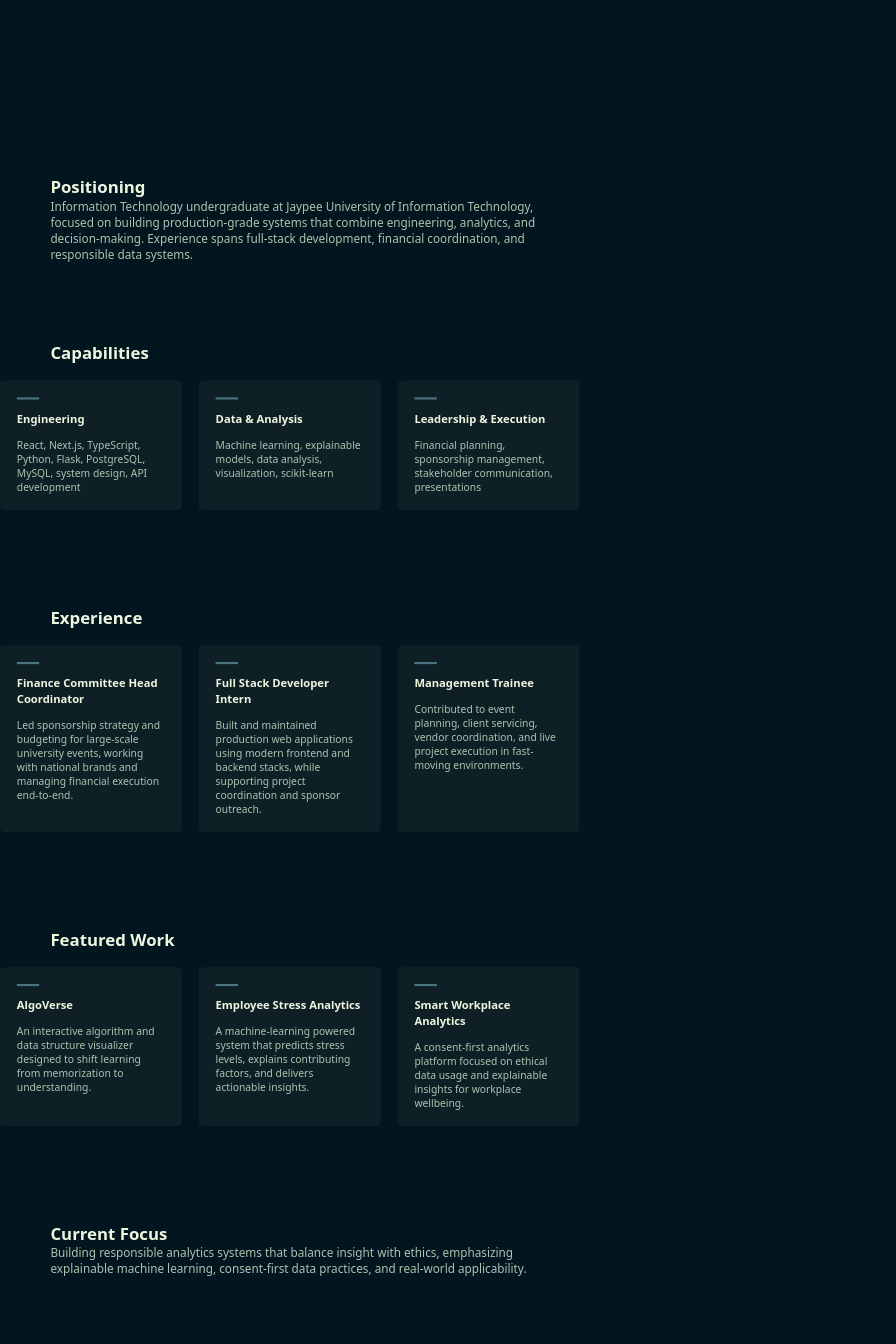
Repository: PratapOP/main-portfolio
Page: / (app in frontend/)
An editor plug-in stored every save of this project. The page is shown before and after a run of saves, followed by the edit.
The browser window is 1280 px wide. The pictures show the part of the page from y = 474 to 2394 px (the page is 3099 px tall before and 3543 px after), at 70% of full size.
The project was rebuilt for these pictures with package versions that can differ from the ones it lists, and the page was loaded fresh each time. Also part of the build but not shown: frontend/vite.config.js.

Above is the page before, as saved 2026-01-01 18:33:21.

### frontend/index.html
<!DOCTYPE html>
<html lang="en">
  <head>
    <meta charset="UTF-8" />

    <!-- Viewport for responsive layout -->
    <meta name="viewport" content="width=device-width, initial-scale=1.0" />

    <!--
      Title intentionally minimal and authoritative.
      This is the first identity signal recruiters see.
    -->
    <title>Abhiuday Pratap Singh</title>

    <!--
      Force dark background before React loads
      Prevents white flash and preserves cinematic feel
    -->
    <style>
      html,
      body {
        margin: 0;
        padding: 0;
        background-color: #0b0b0b;
      }
    </style>
  </head>

  <body>
    <!-- React mounts here -->
    <div id="root"></div>

    <!-- React entry point -->
    <script type="module" src="/src/main.jsx"></script>
  </body>
</html>

### frontend/src/App.jsx
import React, { useEffect } from "react";
import "./styles.css";
import {
  HeroSection,
  AboutSection,
  SkillsSection,
  ExperienceSection,
  ProjectsSection,
  TrendingSection,
  WhyHireMeSection,
  ContactSection
} from "./sections";

function App() {
  useEffect(() => {
    document.documentElement.style.scrollBehavior = "smooth";
  }, []);

  return (
    <div className="app-root">
      <HeroSection />
      <AboutSection />
      <SkillsSection />
      <ExperienceSection />
      <ProjectsSection />
      <TrendingSection />
      <WhyHireMeSection />
      <ContactSection />
    </div>
  );
}

export default App;

### frontend/src/styles.css
    /* ============================================================
    GLOBAL RESET & COLOR SYSTEM (PALETTE-DRIVEN)
    ============================================================ */

    * {
    margin: 0;
    padding: 0;
    box-sizing: border-box;
    }

    /* ---- Color Palette Roles ---- */
    :root {
    --bg-primary: #01161E;     /* Ink Black */
    --bg-secondary: #124559;   /* Dark Teal */
    --bg-card: #0f1f26;

    --accent: #598392;         /* Air Force Blue */
    --text-primary: #EFF6E0;   /* Beige */
    --text-muted: #AEC3B0;     /* Ash Grey */

    /* Spacing scale */
    --xs: 8px;
    --sm: 16px;
    --md: 24px;
    --lg: 40px;
    --xl: 72px;
    --xxl: 120px;
    }

    html,
    body {
    background-color: var(--bg-primary);
    color: var(--text-primary);
    font-family: system-ui, -apple-system, BlinkMacSystemFont,
        "Segoe UI", Roboto, Helvetica, Arial, sans-serif;

    /* 🔑 Prevent accidental horizontal scroll */
    overflow-x: hidden;
    }

    /* ============================================================
    APP ROOT
    ============================================================ */

    .app-root {
    width: 100%;
    overflow-x: hidden; /* Fixes double-scroll issue */
    }

    /* ============================================================
    HERO (FEATURED BANNER)
    ============================================================ */

    .hero {
    min-height: 95vh;
    display: flex;
    align-items: center;
    background: linear-gradient(
        to top,
        rgba(1, 22, 30, 1) 0%,
        rgba(1, 22, 30, 0.85) 40%,
        rgba(1, 22, 30, 0.5) 70%,
        rgba(1, 22, 30, 0) 100%
    );
    }

    .hero-inner {
    padding-left: var(--xl);
    max-width: 900px;
    }

    .hero-title {
    font-size: clamp(3.5rem, 6vw, 5.2rem);
    font-weight: 800;
    letter-spacing: -0.03em;
    margin-bottom: var(--md);
    }

    .hero-subtitle {
    font-size: 1.15rem;
    color: var(--text-muted);
    max-width: 620px;
    }

    /* ============================================================
    SECTION STRUCTURE
    ============================================================ */

    .section {
    padding: var(--lg) 0 var(--xl);
    }

    .section-inner {
    padding-left: var(--xl);
    }

    /* Narrative text */
    .section-text {
    max-width: 720px;
    color: var(--text-muted);
    font-size: 1.05rem;
    }

    /* ============================================================
    STREAMING ROWS (HORIZONTAL SCROLL)
    ============================================================ */

    .row {
    display: flex;
    gap: var(--md);
    overflow-x: auto;
    padding: var(--md) var(--xl) var(--md) 0;

    scroll-snap-type: x mandatory;
    overscroll-behavior-x: contain; /* prevents body scroll hijack */
    }

    .row::-webkit-scrollbar {
    display: none;
    }

    /* ============================================================
    CARDS (CONTENT TILES)
    ============================================================ */

    .card {
    background-color: var(--bg-card);
    min-width: 260px;
    max-width: 260px;
    padding: var(--md);
    border-radius: 6px;

    scroll-snap-align: start;

    transition:
        transform 0.3s ease,
        box-shadow 0.3s ease,
        border-color 0.3s ease;
    }

    /* Accent indicator (subtle but visible) */
    .card::before {
    content: "";
    display: block;
    height: 3px;
    width: 32px;
    background-color: var(--accent);
    margin-bottom: var(--sm);
    opacity: 0.85;
    }

    .card h3 {
    font-size: 1rem;
    font-weight: 600;
    margin-bottom: var(--sm);
    }

    .card p {
    font-size: 0.92rem;
    color: var(--text-muted);
    }

    /* Hover — controlled, no layout break */
    .card:hover {
    transform: translateY(-6px);
    box-shadow: 0 18px 40px rgba(0, 0, 0, 0.55);
    }

    /* ============================================================
    CONTACT SECTION
    ============================================================ */

    .contact {
    padding-bottom: var(--xxl);
    }

    .contact-form {
    max-width: 520px;
    display: flex;
    flex-direction: column;
    gap: var(--md);
    }

    .contact-form input,
    .contact-form textarea {
    background-color: var(--bg-secondary);
    border: 1px solid transparent;
    color: var(--text-primary);
    padding: var(--sm);
    font-size: 0.95rem;
    }

    .contact-form input:focus,
    .contact-form textarea:focus {
    outline: none;
    border-color: var(--accent);
    }

    .contact-form button {
    margin-top: var(--sm);
    background-color: var(--accent);
    color: #01161E;
    border: none;
    padding: var(--sm);
    font-size: 0.95rem;
    cursor: pointer;
    transition: opacity 0.25s ease;
    }

    .contact-form button:hover {
    opacity: 0.85;
    }

    /* Feedback */
    .form-feedback.success {
    color: #9fe2c5;
    }

    .form-feedback.error {
    color: #e2a5a5;
    }

### frontend/src/sections.jsx
    /**
     * ============================================================
     * sections.jsx — Sections with Titles & Hierarchy
     * ============================================================
     */

    import React from "react";
    import { motion } from "framer-motion";
    import {
    sectionFade,
    staggerContainer,
    cardFade
    } from "./motion";

    /* ============================================================
    FEATURED
    ============================================================ */

    export function HeroSection() {
    return (
        <motion.section
        className="section hero"
        variants={sectionFade}
        initial="hidden"
        animate="visible"
        >
        <div className="hero-inner">
            <h1 className="hero-title">Abhiuday Pratap Singh</h1>
            <p className="hero-subtitle">
            Building full-stack systems where data, responsibility,
            and real-world impact intersect.
            </p>
        </div>
        </motion.section>
    );
    }

    /* ============================================================
    POSITIONING
    ============================================================ */

    export function AboutSection() {
    return (
        <motion.section
        className="section"
        variants={sectionFade}
        initial="hidden"
        whileInView="visible"
        viewport={{ once: true }}
        >
        <div className="section-inner">
            <h2 className="section-title">Positioning</h2>
            <p className="section-text">
            Information Technology undergraduate at Jaypee University
            of Information Technology, focused on building production-grade
            systems that combine engineering, analytics, and decision-making.
            Experience spans full-stack development, financial coordination,
            and responsible data systems.
            </p>
        </div>
        </motion.section>
    );
    }

    /* ============================================================
    CAPABILITIES
    ============================================================ */

    export function SkillsSection() {
    const skills = [
        {
        title: "Engineering",
        text:
            "React, Next.js, TypeScript, Python, Flask, PostgreSQL, MySQL, system design, API development"
        },
        {
        title: "Data & Analysis",
        text:
            "Machine learning, explainable models, data analysis, visualization, scikit-learn"
        },
        {
        title: "Leadership & Execution",
        text:
            "Financial planning, sponsorship management, stakeholder communication, presentations"
        }
    ];

    return (
        <motion.section
        className="section"
        variants={sectionFade}
        initial="hidden"
        whileInView="visible"
        viewport={{ once: true }}
        >
        <div className="section-inner">
            <h2 className="section-title">Capabilities</h2>
        </div>

        <motion.div
            className="row"
            variants={staggerContainer}
            initial="hidden"
            whileInView="visible"
            viewport={{ once: true }}
        >
            {skills.map((item, index) => (
            <motion.div className="card" variants={cardFade} key={index}>
                <h3>{item.title}</h3>
                <p>{item.text}</p>
            </motion.div>
            ))}
        </motion.div>
        </motion.section>
    );
    }

    /* ============================================================
    EXPERIENCE
    ============================================================ */

    export function ExperienceSection() {
    const roles = [
        {
        title: "Finance Committee Head Coordinator",
        text:
            "Led sponsorship strategy and budgeting for large-scale university events, working with national brands and managing financial execution end-to-end."
        },
        {
        title: "Full Stack Developer Intern",
        text:
            "Built and maintained production web applications using modern frontend and backend stacks, while supporting project coordination and sponsor outreach."
        },
        {
        title: "Management Trainee",
        text:
            "Contributed to event planning, client servicing, vendor coordination, and live project execution in fast-moving environments."
        }
    ];

    return (
        <motion.section
        className="section"
        variants={sectionFade}
        initial="hidden"
        whileInView="visible"
        viewport={{ once: true }}
        >
        <div className="section-inner">
            <h2 className="section-title">Experience</h2>
        </div>

        <motion.div
            className="row"
            variants={staggerContainer}
            initial="hidden"
            whileInView="visible"
            viewport={{ once: true }}
        >
            {roles.map((item, index) => (
            <motion.div className="card" variants={cardFade} key={index}>
                <h3>{item.title}</h3>
                <p>{item.text}</p>
            </motion.div>
            ))}
        </motion.div>
        </motion.section>
    );
    }

    /* ============================================================
    PROJECTS
    ============================================================ */

    export function ProjectsSection() {
    const projects = [
        {
        title: "AlgoVerse",
        text:
            "An interactive algorithm and data structure visualizer designed to shift learning from memorization to understanding."
        },
        {
        title: "Employee Stress Analytics",
        text:
            "A machine-learning powered system that predicts stress levels, explains contributing factors, and delivers actionable insights."
        },
        {
        title: "Smart Workplace Analytics",
        text:
            "A consent-first analytics platform focused on ethical data usage and explainable insights for workplace wellbeing."
        }
    ];

    return (
        <motion.section
        className="section"
        variants={sectionFade}
        initial="hidden"
        whileInView="visible"
        viewport={{ once: true }}
        >
        <div className="section-inner">
            <h2 className="section-title">Featured Work</h2>
        </div>

        <motion.div
            className="row"
            variants={staggerContainer}
            initial="hidden"
            whileInView="visible"
            viewport={{ once: true }}
        >
            {projects.map((item, index) => (
            <motion.div className="card" variants={cardFade} key={index}>
                <h3>{item.title}</h3>
                <p>{item.text}</p>
            </motion.div>
            ))}
        </motion.div>
        </motion.section>
    );
    }

    /* ============================================================
    CURRENT FOCUS
    ============================================================ */

    export function TrendingSection() {
    return (
        <motion.section
        className="section"
        variants={sectionFade}
        initial="hidden"
        whileInView="visible"
        viewport={{ once: true }}
        >
        <div className="section-inner">
            <h2 className="section-title">Current Focus</h2>
            <p className="section-text">
            Building responsible analytics systems that balance insight with ethics,
            emphasizing explainable machine learning, consent-first data practices,
            and real-world applicability.
            </p>
        </div>
        </motion.section>
    );
    }

    /* ============================================================
    WHY THIS PROFILE
    ============================================================ */

    export function WhyHireMeSection() {
    return (
        <motion.section
        className="section"
        variants={sectionFade}
        initial="hidden"
        whileInView="visible"
        viewport={{ once: true }}
        >
        <div className="section-inner">
            <h2 className="section-title">Why This Profile</h2>
            <p className="section-text">
            I approach systems as products, not demos. My work prioritizes clarity,
            responsibility, and scalability, with the ability to own ideas from
            concept through deployment.
            </p>
        </div>
        </motion.section>
    );
    }

    /* ============================================================
    CONTACT
    ============================================================ */

    export function ContactSection() {
    return (
        <motion.section
        className="section contact"
        variants={sectionFade}
        initial="hidden"
        whileInView="visible"
        viewport={{ once: true }}
        >
        <div className="section-inner">
            <h2 className="section-title">Get in Touch</h2>
            <form className="contact-form">
            <input type="text" placeholder="Name" />
            <input type="email" placeholder="Email" />
            <textarea placeholder="Message" rows="4" />
            <button type="submit">Send</button>
            </form>
        </div>
        </motion.section>
    );
    }

### frontend/src/motion.js
    /**
     * ============================================================
     * motion.js — Centralized Motion Presets
     * ============================================================
     *
     * Responsibilities:
     * - Define reusable animation variants
     * - Keep motion subtle, slow, and cinematic
     * - Avoid per-component animation duplication
     *
     * Framer Motion is used intentionally and sparingly.
     * ============================================================
     */

    /* ============================================================
    Section Fade-In (used when section enters viewport)
    ============================================================ */

    export const sectionFade = {
    hidden: {
        opacity: 0,
        y: 40
    },
    visible: {
        opacity: 1,
        y: 0,
        transition: {
        duration: 0.8,
        ease: [0.22, 1, 0.36, 1] // smooth, cinematic easing
        }
    }
    };

    /* ============================================================
    Card Stagger Container
    ============================================================ */

    export const staggerContainer = {
    hidden: {},
    visible: {
        transition: {
        staggerChildren: 0.12
        }
    }
    };

    /* ============================================================
    Individual Card Animation
    ============================================================ */

    export const cardFade = {
    hidden: {
        opacity: 0,
        y: 20
    },
    visible: {
        opacity: 1,
        y: 0,
        transition: {
        duration: 0.6,
        ease: [0.22, 1, 0.36, 1]
        }
    }
    };

Loaded but not shown: frontend/src/main.jsx (common file)

After the next 2 saves:
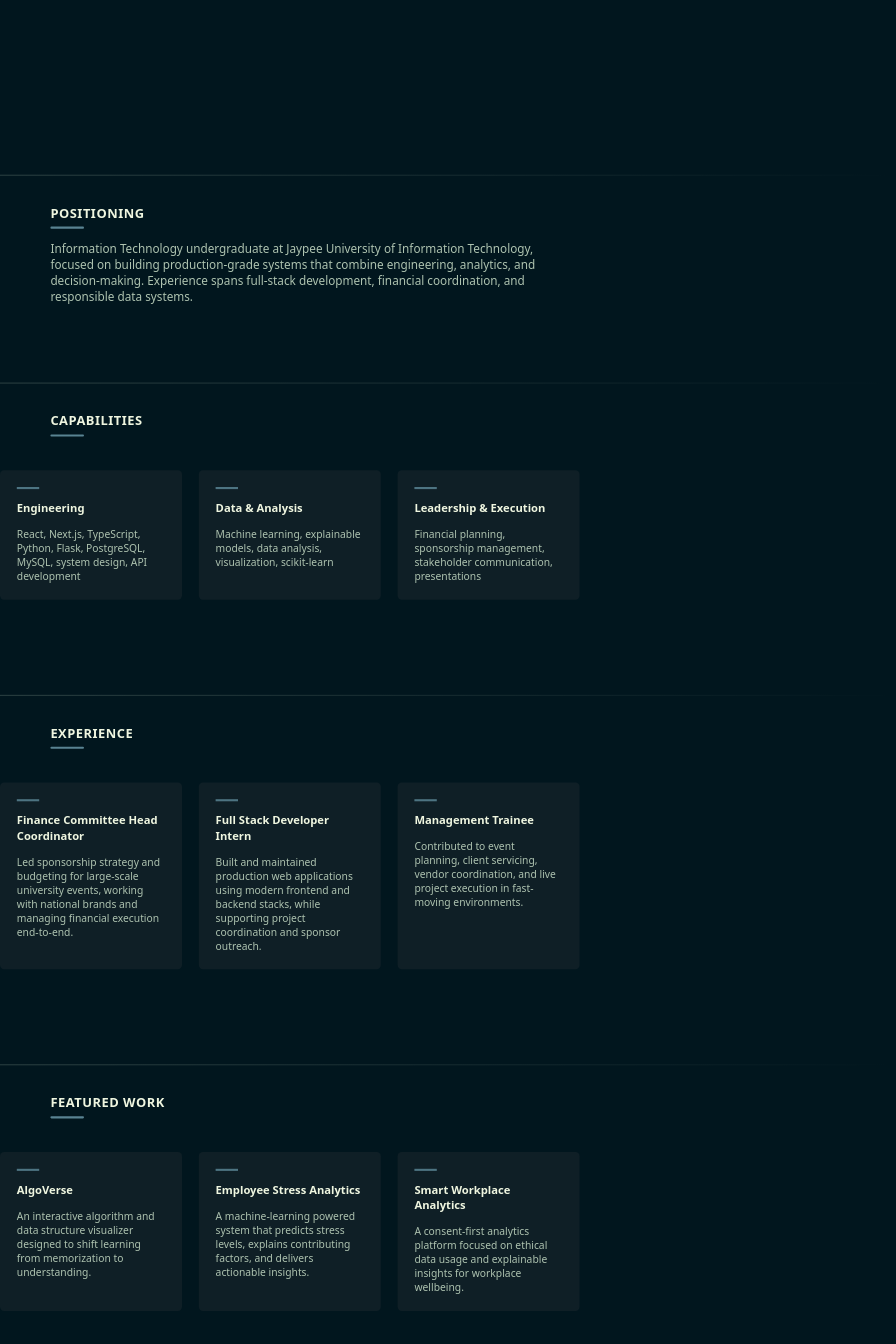
The 2 saves are shown as one change because they came seconds apart.
The last was saved 89 s later.
--- a/frontend/src/styles.css
+++ b/frontend/src/styles.css
@@ -219,3 +219,49 @@
     .form-feedback.error {
     color: #e2a5a5;
     }
+
+    /* ============================================================
+   SECTION TITLES & DIVIDERS (STREAMING HIERARCHY)
+   ============================================================ */
+
+/* Section title styling */
+.section-title {
+  font-size: 1.15rem;
+  font-weight: 600;
+  letter-spacing: 0.04em;
+  text-transform: uppercase;
+
+  color: var(--text-primary);
+  margin-bottom: var(--sm);
+  position: relative;
+}
+
+/* Accent underline (streaming-style cue) */
+.section-title::after {
+  content: "";
+  display: block;
+  width: 48px;
+  height: 3px;
+  background-color: var(--accent);
+  margin-top: var(--xs);
+  border-radius: 2px;
+}
+
+/* Subtle divider between major sections */
+.section:not(:first-of-type)::before {
+  content: "";
+  display: block;
+  width: 100%;
+  height: 1px;
+  background: linear-gradient(
+    to right,
+    rgba(174, 195, 176, 0.35),
+    rgba(174, 195, 176, 0)
+  );
+  margin-bottom: var(--lg);
+}
+
+/* Ensure titles align with content rows */
+.section-inner + .row {
+  margin-top: var(--md);
+}
